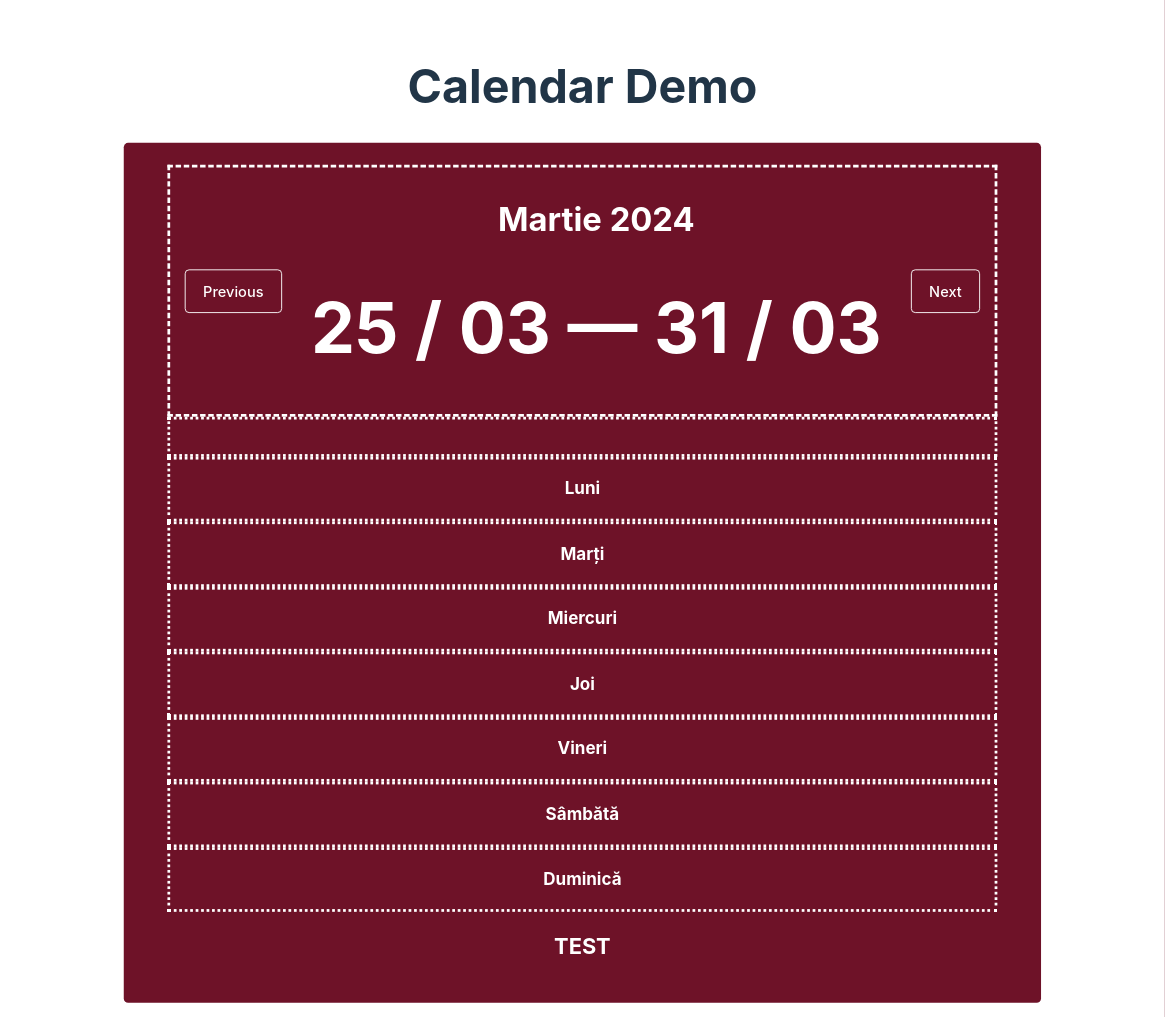
Repository: Maryie-B/weekly-calendar-scheduler
Page: /
An editor plug-in stored every save of this project. The page is shown before and after the next save, followed by the edit.
The browser window is 1280 px wide. The pictures show the whole page, at 91% of full size.
The project was rebuilt for these pictures with package versions that can differ from the ones it lists, and the page was loaded fresh each time. Also part of the build but not shown: vite.config.js.

Above is the page before, as saved 2024-03-26 15:13:34.

After the next save:
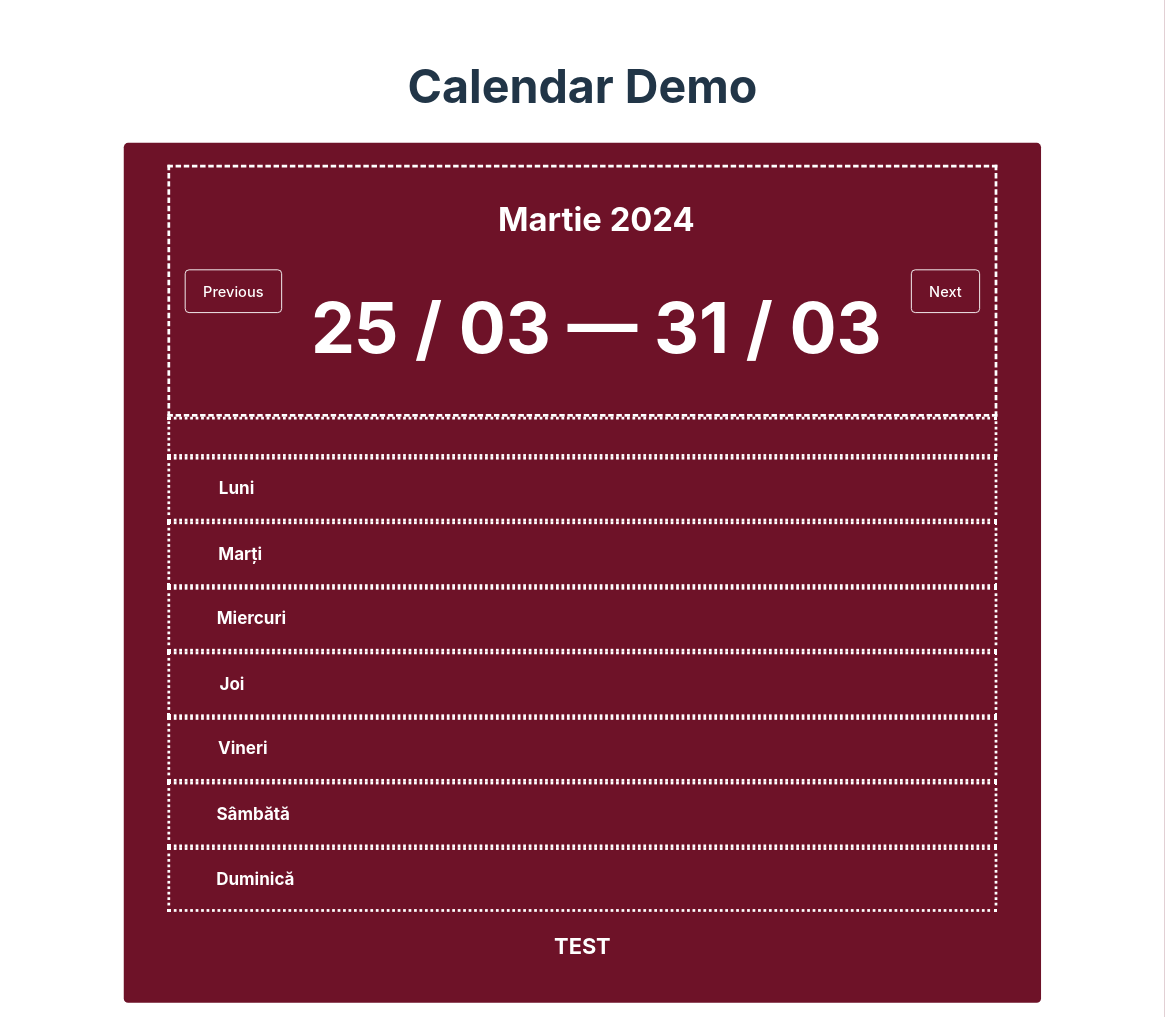
Saved 111 s later.
--- a/src/App.css
+++ b/src/App.css
@@ -43,6 +43,7 @@
   display: grid;
   gap: 0.1rem;
   text-align: center;
+  grid-template-columns: auto auto auto auto auto auto auto auto;
 }
 
 .days-header {
